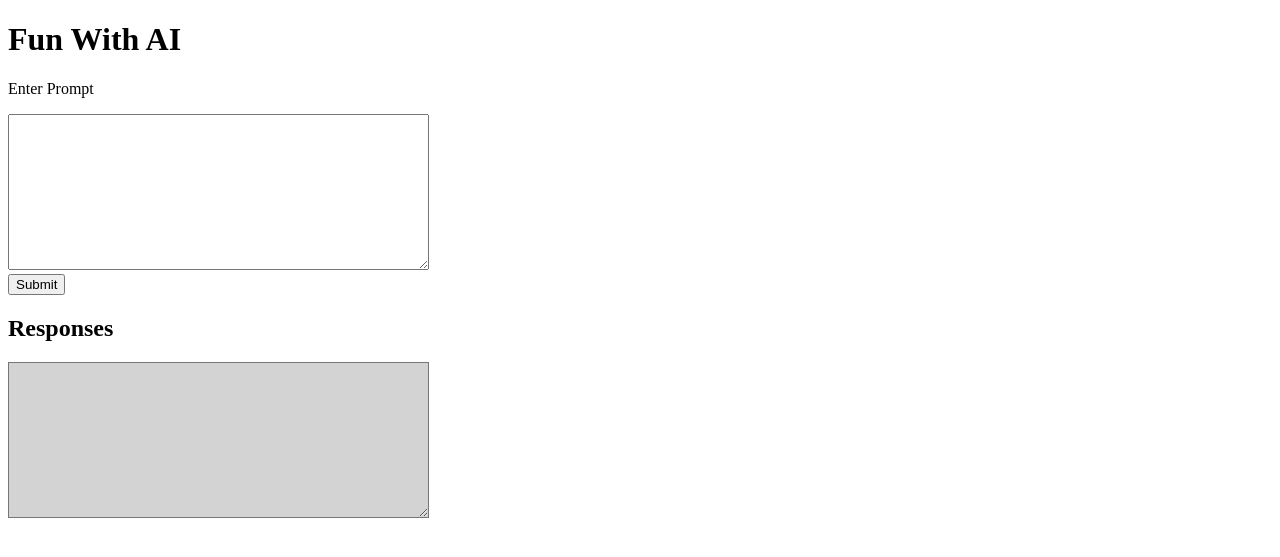
Repository: wenxi0504/open-ai-API
Page: openAI.html
The author's editor kept a copy of each file at every save. The page is drawn from the files as they stood at one save, then again after the next save.
The browser window is 1280 px wide. The pictures show the whole page.

Above is the page before, as saved 2022-05-15 17:20:08.

After the next save:
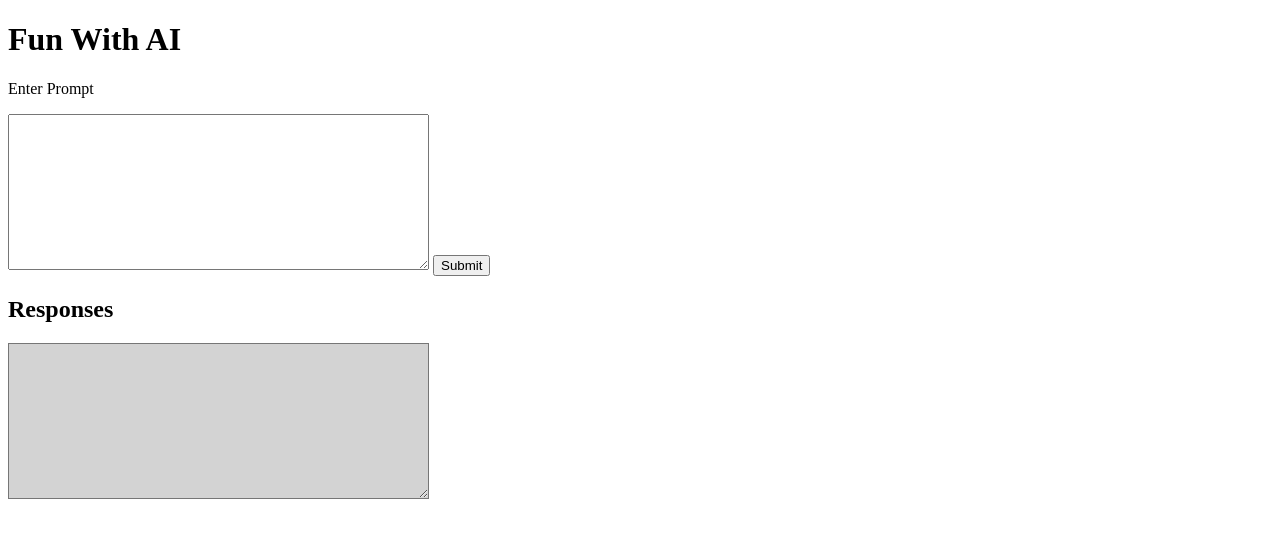
Saved 43 s later.
--- a/openAI.html
+++ b/openAI.html
@@ -10,14 +10,14 @@
 <h1>Fun With AI</h1>
 <form id="form" action="POST">
 <p><label for="prompt"> Enter Prompt</label></p>
-<textarea id="userPrompt" name="userprompt" rows="10" cols="50" type="text" value="text"></textarea>
+<textarea id="userPrompt" name="userPrompt" rows="10" cols="50" type="text" value="text"></textarea>
+<input type="submit" value="Submit" onclick="userPromptSubmit()">
 </form>
+
 <div>
-<input type="submit" value="Submit" onclick="userPromptSubmit()">
-</div>
-
 <h2>Responses</h2>
 <textarea id="aiResponse" name="aiResponse" readonly="true" rows="10" cols="50" style="background-color: lightgray;"></textarea>
+</div>
 <script src="openai.js"></script>
 </body>
 </html>
